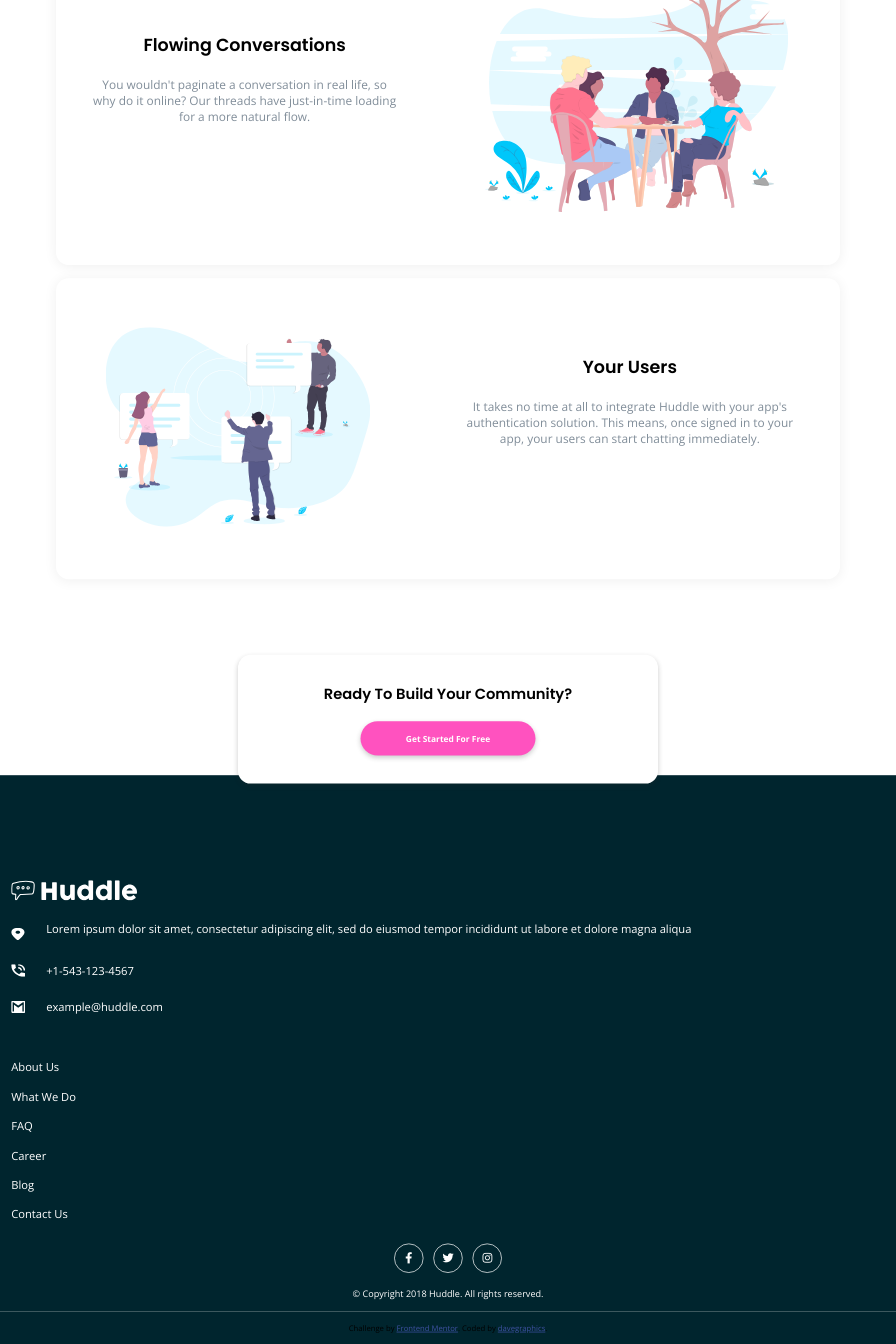
Repository: DejV44/Huddle-landing-page
Page: index.html
The author's editor kept a copy of each file at every save. The page is drawn from the files as they stood at one save, then again after the next save.
The browser window is 1280 px wide. The pictures show the part of the page from y = 1229 to 3149 px (the page is 3149 px tall), at 70% of full size.
The style sheet was rebuilt from its Sass, Less or Tailwind sources for each picture, by a compiler version that may differ from the author's.

Above is the page before, as saved 2021-08-22 14:12:38.

After the next save:
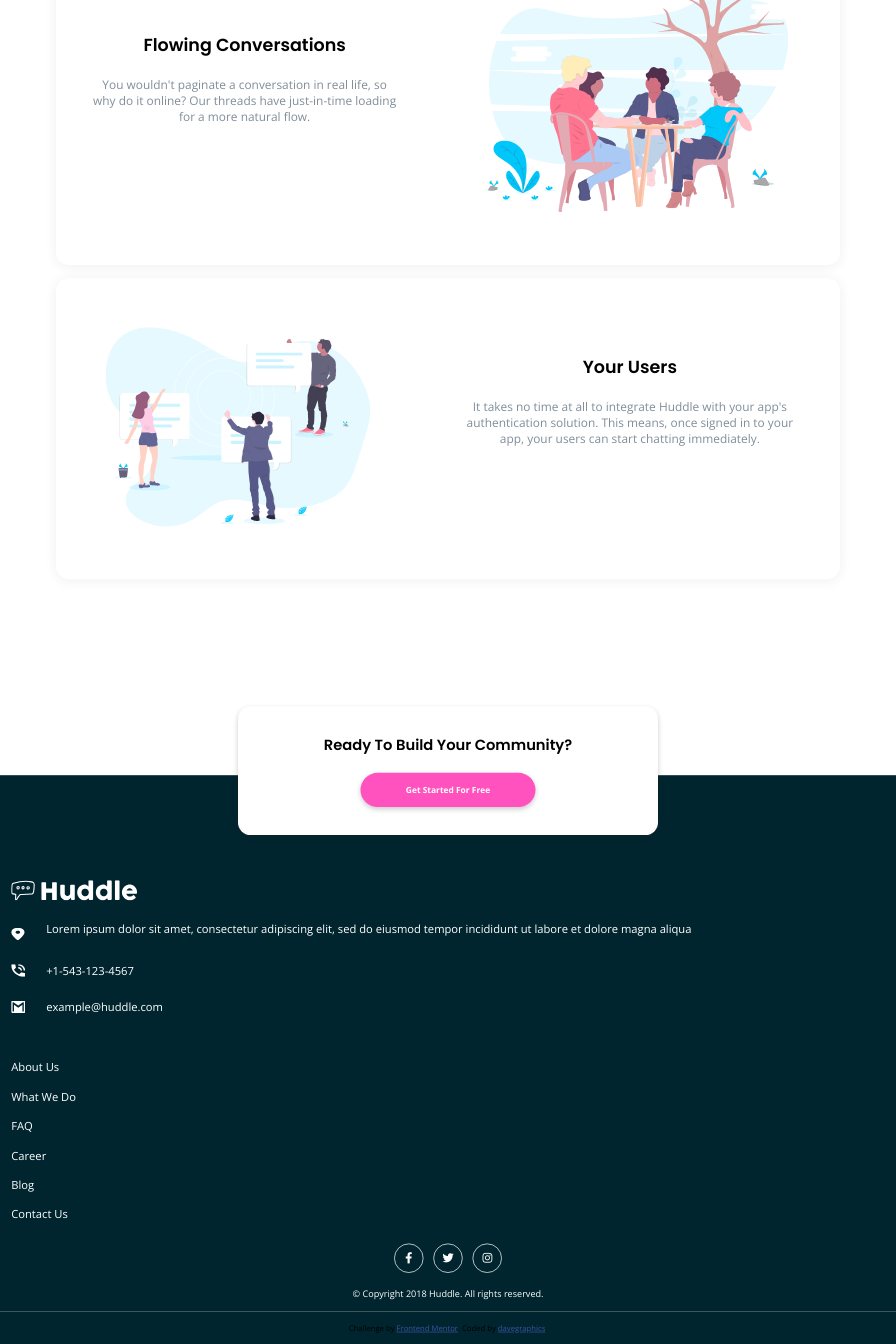
Saved 50 s later.
--- a/css/_cards.scss
+++ b/css/_cards.scss
@@ -45,7 +45,7 @@
             }
         }
         @media (min-width: 768px) {
-            transform: translateY(50%);
+            transform: translateY(90%);
         }
 
     }
